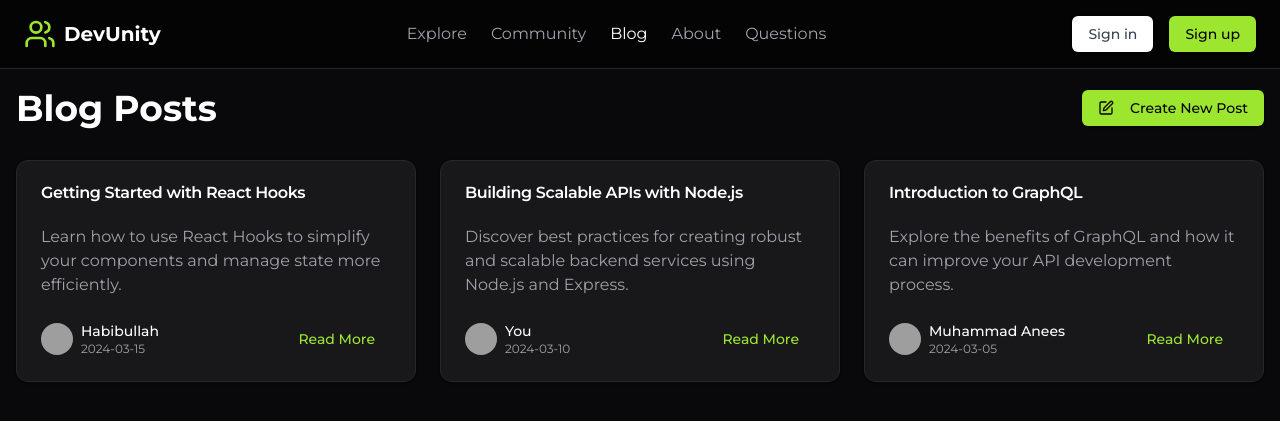
Repository: asadullah48/asadullahshafique_devunity
Page: /blogs
These files come from the project's save history. The page is drawn as it stood at one moment and after a run of saves; the edit follows.
The browser window is 1280 px wide. The pictures show the whole page.
Pictures or frames that could not be fetched are drawn as grey boxes. The project was rebuilt for these pictures with package versions that can differ from the ones it lists, and the page was loaded fresh each time. The framework's server and built-in components were replaced by stand-ins that run in the browser. Also part of the build but not shown: next.config.js, next.config.ts.

Above is the page before, as saved 2024-11-10 10:27:36.

After the next 2 saves:
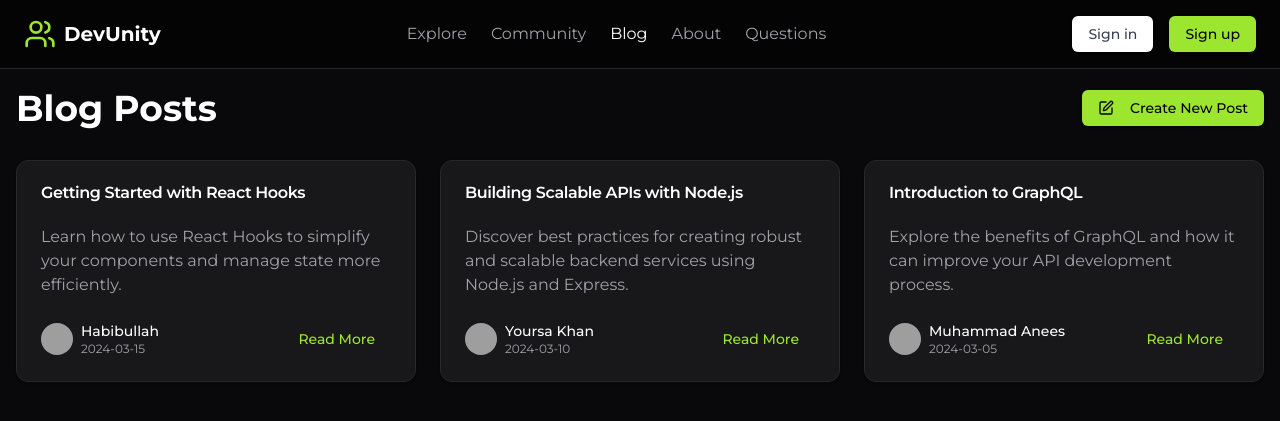
The 2 saves are shown as one change because they came seconds apart.
The last was saved 6 s later.
--- a/src/app/blogs/page.tsx
+++ b/src/app/blogs/page.tsx
@@ -24,7 +24,7 @@ export default function BlogPage() {
       title: "Building Scalable APIs with Node.js",
       excerpt:
         "Discover best practices for creating robust and scalable backend services using Node.js and Express.",
-      author: "You",
+      author: "Yoursa Khan",
       date: "2024-03-10",
       avatar: "/placeholder.svg?height=50&width=50",
     },
